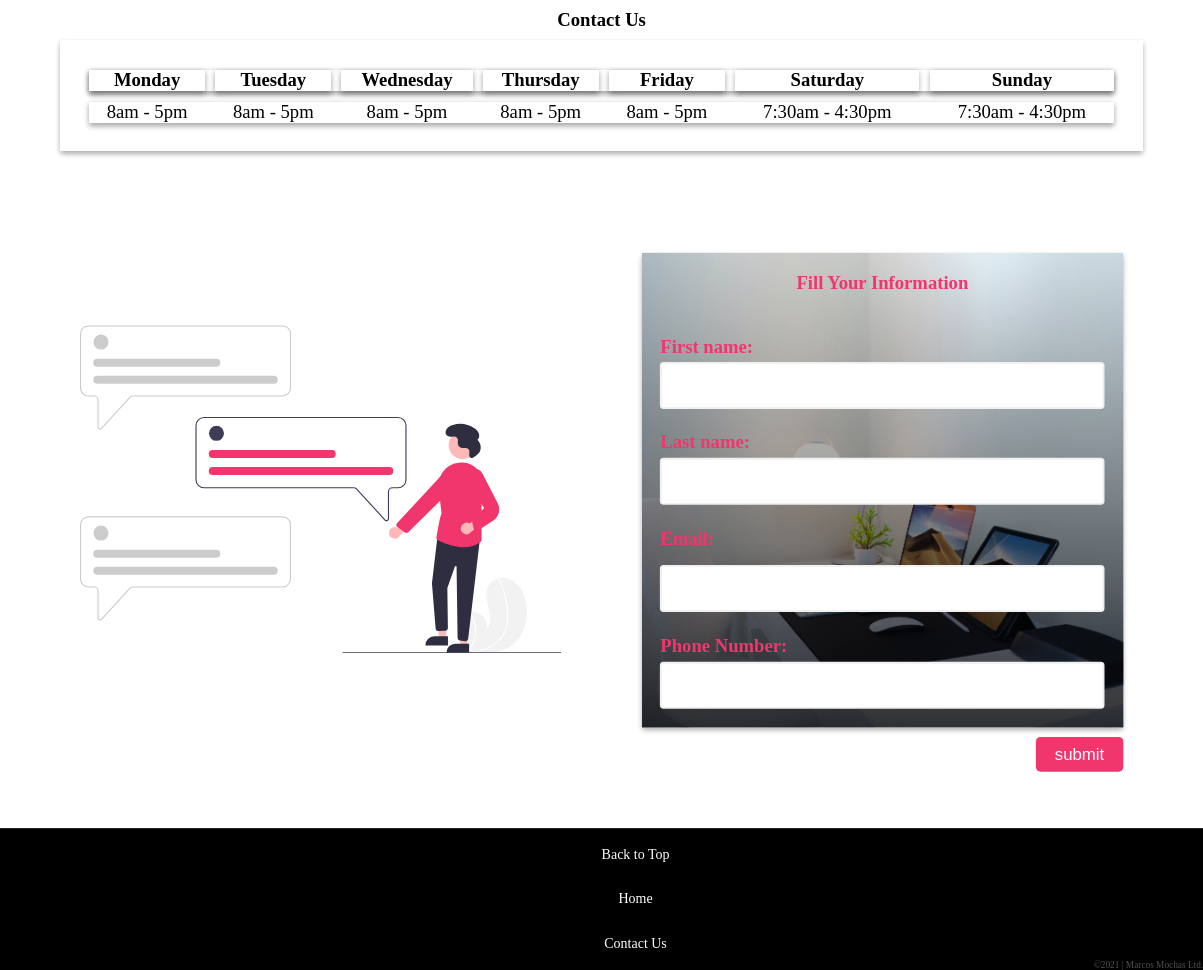
Repository: CAMPSLOPY/marcos-mochas
Page: HTML/contact.html
The author's editor kept a copy of each file at every save. The page is drawn from the files as they stood at one save, then again after the next save.
The browser window is 1280 px wide. The pictures show the whole page, at 94% of full size.

Above is the page before, as saved 2021-07-05 00:28:05.

### HTML/contact.html
<!DOCTYPE html>
<html lang="en">
<head>
    <meta charset="UTF-8">
    <meta http-equiv="X-UA-Compatible" content="IE=edge">
    <meta name="viewport" content="width=device-width, initial-scale=1.0">
    <meta name="robots" content="index,follow" />
    <meta
      name="description"
      content=""
    />
    <link rel="stylesheet" href="/CSS/contact.css">
    <title>Contact Us</title>
</head>
<body>
    <header >
        <!--page hours title-->
        <h1  class="header-text">Contact Us</h1>



    <div class="header-table-content">


        <!--Page hours and contact form-->
        <table cellspacing="11">
        <tr>
            <th>Monday</th>
            <th>Tuesday</th>
            <th>Wednesday</th>
            <th>Thursday</th>
            <th>Friday</th>
            <th>Saturday</th>
            <th>Sunday</th>
        </tr>
        <tr class="tr-rule">
            <td>8am - 5pm</td>
            <td>8am - 5pm</td>
            <td>8am - 5pm</td>
            <td>8am - 5pm</td>
            <td>8am - 5pm</td>
            <td>7:30am - 4:30pm</td>
            <td>7:30am - 4:30pm</td>
        </tr>
        </table>
    </div>
</header>


<main>
<div class="form-content">
<div class="form-content-text">
    <img src="/contactt.svg" alt="">
    </div>

    <!--Hours table start here-->

        <!--Form starts here-->
        <!-- i wrapped the form inside a div content so that we can give it freedo
        when styling -->

            <form class="contact-form" action="">
                <h2>Fill Your Information</h2>

                <div class="form-control">
                    <!--first name input/required-->
                    <label for="fname">First name:</label>
                    <input type="text" id="fname" name="fname" value="" required>
                </div>
               <div class="form-control">
                 <!--last name input/required-->
                 <label for="lname">Last name:</label>
                 <input type="text" id="lname" name="lname" value="" required>
               </div>

               <div class="form-control">
                  <!--email address input/required-->
                  <label for="email">Email:</label><br>
                  <input type="text" id="email" name="Email" value="" required>
               </div>

               <div class="form-control">
                   <!--Phone number input/not required-->
                <label for="Phone">Phone Number:</label>
                <input type="text" id="phone" name="Phone" value="">
               </div>

                <!--Submit button-->
                <button class="btn" type="submit">submit</button>
                      </form>
        </div>

    </main>

    <!--page navi links & copyright-->
    <footer>
        <div class="contact-footer">
        <ul>
            <!-- IDEA: img / just text for our "logo" -->
            <li><a href="#top">Back to Top</a></li>
            <li><a href="/HTML/Index.html">Home</a></li>
            <li><a href="/HTML/contact.html">Contact Us</la></li>
        </ul>
        </div>
        <!--Copyright class -->
        <div class="copyright">
            <a>&copy;2021 | Marcos Mochas Ltd.</a>
        </div>
    </footer>
</body>
</html>

### CSS/contact.css
/* universal styling of the contact page */
* {
  margin: 0;
  padding: 0;
  box-sizing: border-box;
}

body {
  min-height: 100vh;
  background: white;
}

html {
  font-size: 62%;
  scroll-behavior: smooth;
}
/* Header Styling */
header {
  text-align: center;
  min-height: 10vh;
  color: black;
}
header h1 {
  padding: 1rem 0;
  margin-top: 1rem 0;
}
.header-table-content {
  padding: 2rem;
  cursor: pointer;
  display: flex;
  align-items: center;
  justify-content: center;
  box-shadow: 0 3px 6px rgba(0, 0, 0, 0.16), 0 3px 6px rgba(0, 0, 0, 0.23);
  width: 90%;
  margin: auto;
}
table tr,
th {
  font-size: 2rem;
  box-shadow: 0 3px 6px rgba(0, 0, 0, 0.16), 0 3px 6px rgba(0, 0, 0, 0.23);
}

/* styling the Form */

.form-content {
  text-align: center;
  display: flex;
  min-height: 100vh;
  justify-content: space-evenly;
  align-items: center;
  flex: 2 1 40rem;
  color: white;
  margin: auto;
}
.form-content-text {
  position: relative;
  width: 40%;
  height: 100%;
}

.form-content-text img {
  width: 100%;
  height: 100%;
  object-fit: cover;
}
.contact-form {
  width: 40%;
  height: 100%;
  position: relative;
  background: linear-gradient(to top, rgba(0, 0, 0, 0.8), transparent),
    url("/pexels-elvis-2528118.jpeg");
  background-position: center;
  background-repeat: no-repeat;
  background-size: cover;
  box-shadow: 0 3px 6px rgba(0, 0, 0, 0.16), 0 3px 6px rgba(0, 0, 0, 0.23);
}
.contact-form h2 {
  font-size: 2rem;
  padding: 2rem 0rem;
  color: #f1356d;
}
.form-control {
  margin: 2rem;
  position: relative;
  cursor: pointer;
}

.form-control label {
  font-size: 2rem;
  display: block;
  text-align: left;
  font-weight: bold;
  padding: 5px 0px;
  color: black;
  color: #f1356d;
}
.form-control input {
  border: 2px solid #f0f0f0;
  border-radius: 4px;
  display: block;
  width: 100%;
  font-size: 14px;
  padding: 15px;
  outline: none;
}

.btn {
  padding: 8px 20px;
  cursor: pointer;
  position: absolute;
  right: 0;
  outline: none;
  border: none;
  color: white;
  margin-top: 1rem;
  border-radius: 5px;
  font-size: 1.8rem;
  background: #f1356d;
}
.btn:hover {
  color: black;
  transition: 0.2s ease-in;
}
/* styling for hours table */

table {
  width: 100%;
}
table tr th:hover {
  background-color: #f1356d;
  transition: 0.2s ease-in;
  color: white;
}
.tr-rule {
  box-shadow: 0 3px 6px rgba(0, 0, 0, 0.16), 0 3px 6px rgba(0, 0, 0, 0.23);
}
/*Footer css code*/

/*The links at the bottom of the footer shouldnt be stacked up and placed at the bottom of the page*/

footer {
  min-height: 10vh;
  background: black;
  display: flex;
  justify-content: space-between;
  align-items: center;
  position: relative;
  overflow: hidden;
  cursor: pointer;
}
footer ul li {
  padding: 1rem 0rem;
  margin: 1rem auto;
}
footer ul li a {
  color: white;
  list-style-type: none;
  text-decoration: none;
  font-size: 1.5rem;
}
.contact-footer{
    display: inline-block;
    text-align: center;
    position: relative;
    left: 50%;
}
.copyright {
  color: rgba(255, 255, 255, 0.315);
  font-size: 1rem;
  position: absolute;
  bottom: 0;
  right: 0;
}

After the next save:
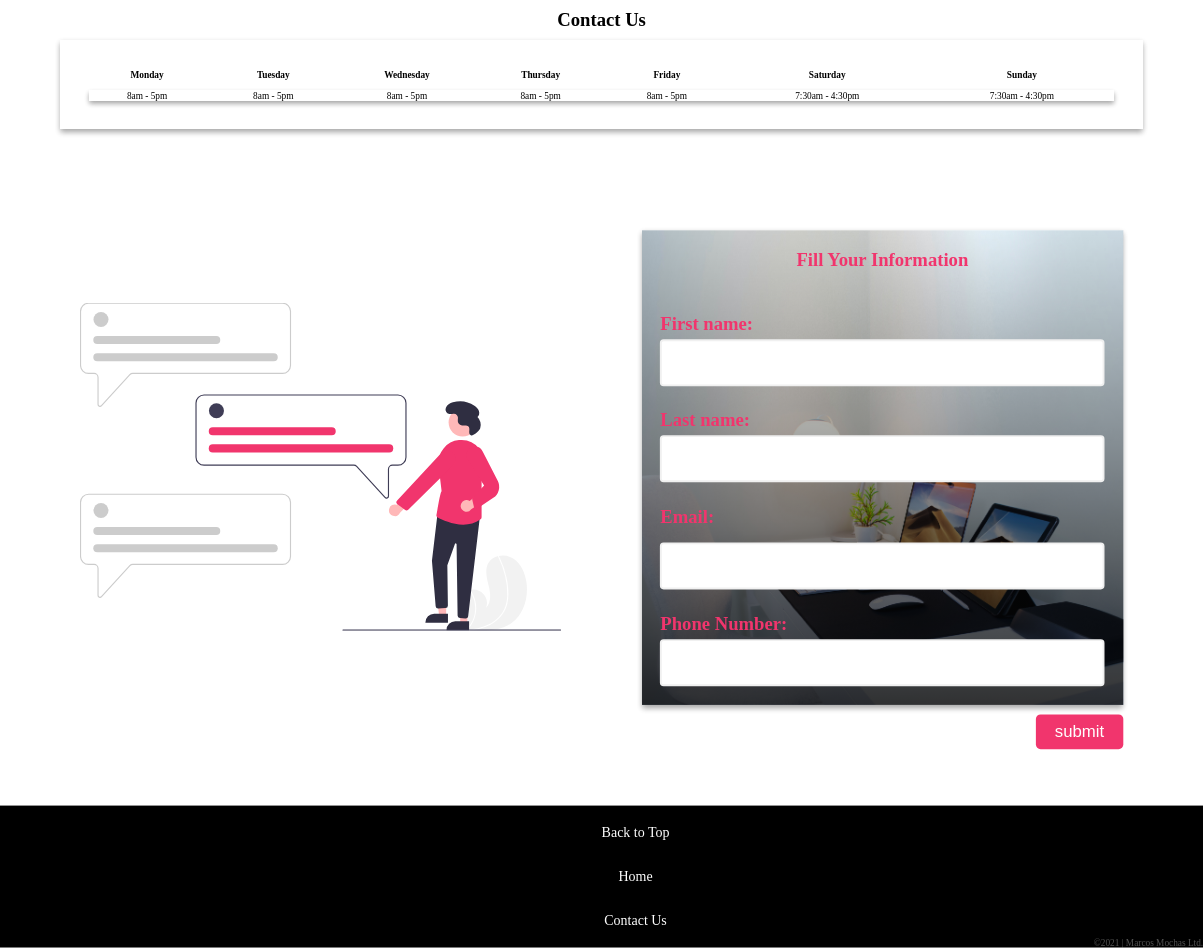
Saved 5 s later.
--- a/CSS/contact.css
+++ b/CSS/contact.css
@@ -33,11 +33,6 @@
   box-shadow: 0 3px 6px rgba(0, 0, 0, 0.16), 0 3px 6px rgba(0, 0, 0, 0.23);
   width: 90%;
   margin: auto;
-}
-table tr,
-th {
-  font-size: 2rem;
-  box-shadow: 0 3px 6px rgba(0, 0, 0, 0.16), 0 3px 6px rgba(0, 0, 0, 0.23);
 }
 
 /* styling the Form */

After the save that followed:
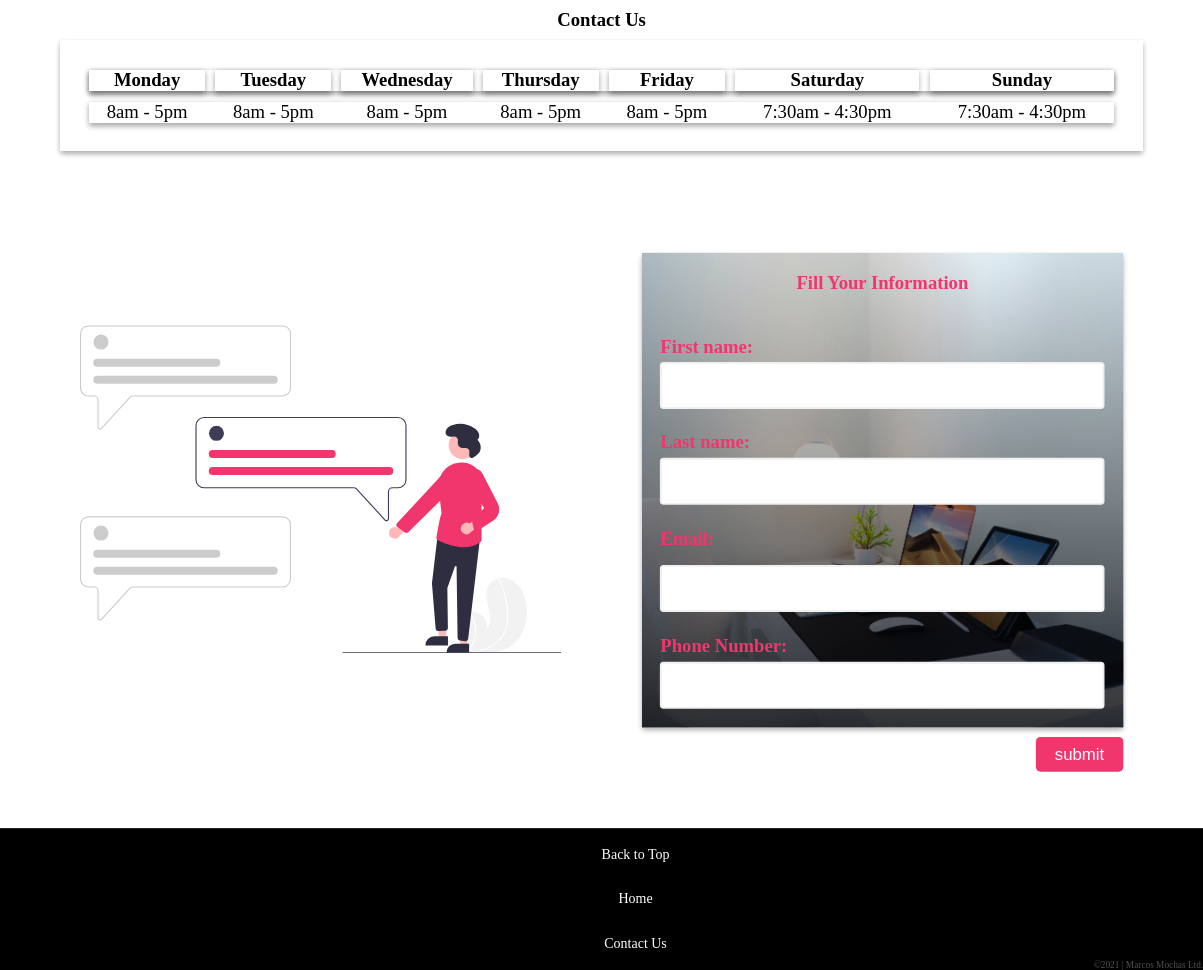
Saved 6 s later.
--- a/CSS/contact.css
+++ b/CSS/contact.css
@@ -117,6 +117,11 @@
   transition: 0.2s ease-in;
 }
 /* styling for hours table */
+table tr,
+th {
+  font-size: 2rem;
+  box-shadow: 0 3px 6px rgba(0, 0, 0, 0.16), 0 3px 6px rgba(0, 0, 0, 0.23);
+}
 
 table {
   width: 100%;
